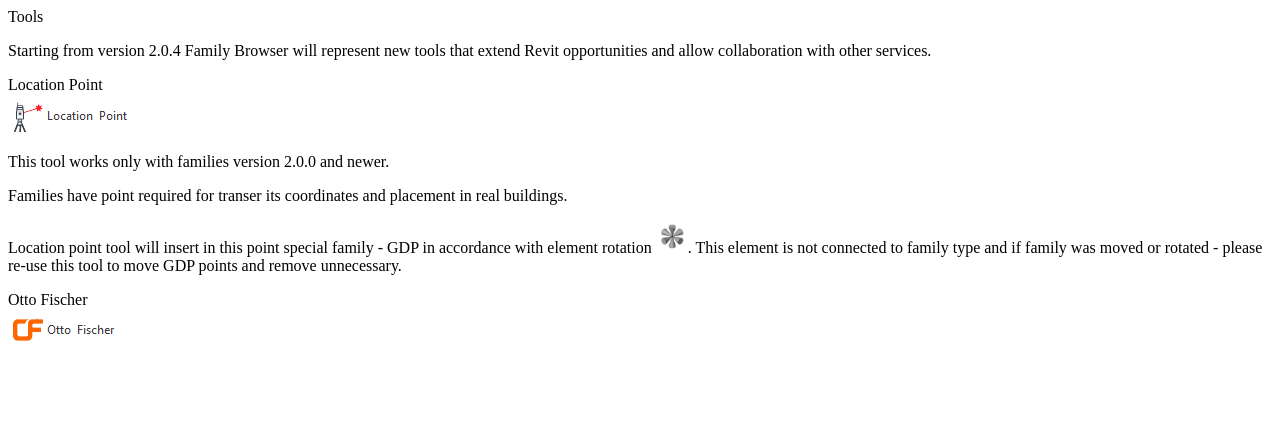
Repository: RomanLavrov/FamilyBrowserUserGuide
Page: http://localhost/FamilyBrowser/application/views/en/tools_view.php
These files come from the project's save history. The page is drawn as it stood at one moment and after the next save; the edit follows.
The browser window is 1280 px wide. The pictures show the whole page.
The page is run by PHP 8.4 with error messages shown; the project is at /var/www/html/.

Above is the page before, as saved 2019-10-24 12:08:43.

After the next save:
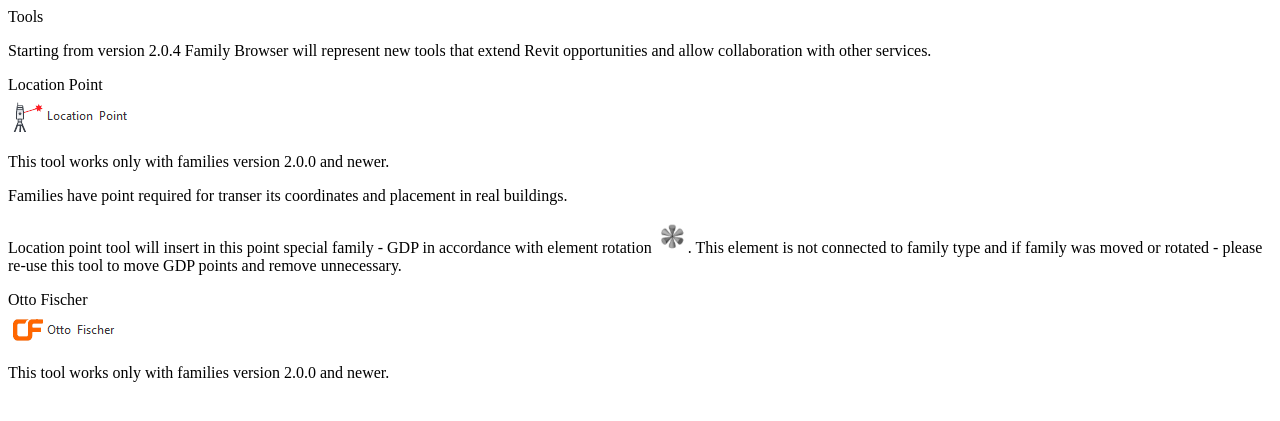
Saved 3 min 19 s later.
--- a/FamilyBrowser/application/views/en/tools_view.php
+++ b/FamilyBrowser/application/views/en/tools_view.php
@@ -19,4 +19,5 @@
 <div class="article-header">Otto Fischer</div>
 <div class="article-content">
 <img src="/FamilyBrowser/images/OttoFischerButton.png" alt="OttoFischer"/>
+<p>This tool works only with families version 2.0.0 and newer.</p>
 </div>
